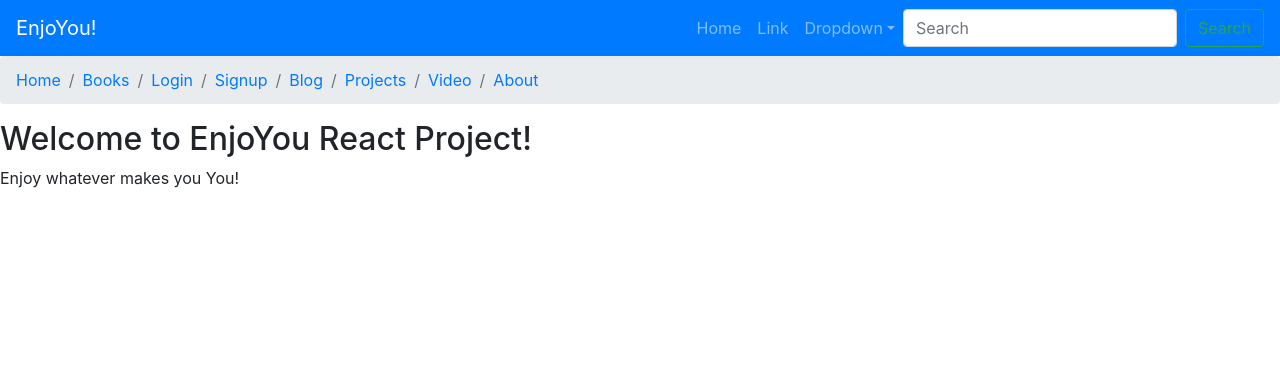
Repository: ebo-arcadia/enjoyou
Page: /
The author's editor kept a copy of each file at every save. The page is drawn from the files as they stood at one save, then again after the next save.
The browser window is 1280 px wide. The pictures show the whole page.
The project was rebuilt for these pictures with package versions that can differ from the ones it lists, and the page was loaded fresh each time. Also part of the build but not shown: src/components/BooksList.js, src/containers/Login.js, src/containers/signup.js, src/containers/blog.js, src/containers/Projects.js, src/containers/video.js, src/components/About.js.

Above is the page before, as saved 2021-04-20 16:58:28.

### public/index.html
<!DOCTYPE html>
<html lang="en">
  <head>
    <meta charset="utf-8" />
    <link rel="icon" href="%PUBLIC_URL%/favicon.ico" />
    <meta name="viewport" content="width=device-width, initial-scale=1" />
    <meta name="theme-color" content="#000000" />
    <meta
      name="description"
      content="Web site created using create-react-app"
    />
    <link rel="apple-touch-icon" href="%PUBLIC_URL%/logo192.png" />
    <!--
      manifest.json provides metadata used when your web app is installed on a
      user's mobile device or desktop. See https://developers.google.com/web/fundamentals/web-app-manifest/
    -->
    <link rel="manifest" href="%PUBLIC_URL%/manifest.json" />
    <link rel="stylesheet" href="https://cdn.jsdelivr.net/npm/bootstrap@4.6.0/dist/css/bootstrap.min.css" integrity="sha384-B0vP5xmATw1+K9KRQjQERJvTumQW0nPEzvF6L/Z6nronJ3oUOFUFpCjEUQouq2+l" crossorigin="anonymous" />

    <!--
      Notice the use of %PUBLIC_URL% in the tags above.
      It will be replaced with the URL of the `public` folder during the build.
      Only files inside the `public` folder can be referenced from the HTML.

      Unlike "/favicon.ico" or "favicon.ico", "%PUBLIC_URL%/favicon.ico" will
      work correctly both with client-side routing and a non-root public URL.
      Learn how to configure a non-root public URL by running `npm run build`.
    -->
    <title>React App</title>
  </head>
  <body>
    <noscript>You need to enable JavaScript to run this app.</noscript>
    <div id="root"></div>
    <!--
      This HTML file is a template.
      If you open it directly in the browser, you will see an empty page.

      You can add webfonts, meta tags, or analytics to this file.
      The build step will place the bundled scripts into the <body> tag.

      To begin the development, run `npm start` or `yarn start`.
      To create a production bundle, use `npm run build` or `yarn build`.
    -->
  </body>
</html>

### src/containers/App.js
import React from "react";
import 'bootstrap/dist/css/bootstrap.min.css';
import { BrowserRouter as Router, Switch, Route, Link } from "react-router-dom";
import Home from '../components/Home';
import BooksList from '../components/BooksList';
import Login from '../containers/Login';
import Signup from '../containers/Signup';
import Blog from '../containers/Blog';
import Projects from '../containers/Projects';
import Video from '../containers/Video';
import About from '../components/About'
import { Breadcrumb } from 'react-bootstrap';
import NavigationBar from '../components/NavigationBar';

export default function App() {
  return (
    <React.Fragment>
      <Router>
        <div>
          <NavigationBar />
          <nav>
            <Breadcrumb>
              <Breadcrumb.Item><Link to="/">Home</Link></Breadcrumb.Item>
              <Breadcrumb.Item><Link to="/books">Books</Link></Breadcrumb.Item>
              <Breadcrumb.Item><Link to="/login">Login</Link></Breadcrumb.Item>
              <Breadcrumb.Item><Link to="/signup">Signup</Link></Breadcrumb.Item>
              <Breadcrumb.Item><Link to="/blog">Blog</Link></Breadcrumb.Item>
              <Breadcrumb.Item><Link to="/projects">Projects</Link></Breadcrumb.Item>
              <Breadcrumb.Item><Link to="/video">Video</Link></Breadcrumb.Item>
              <Breadcrumb.Item><Link to="/about">About</Link></Breadcrumb.Item>
            </Breadcrumb>
          </nav>

          {/* A <Switch> looks through its children <Route>s and
              renders the first one that matches the current URL. */}
          <Switch>
            <Route path="/home"><Home /></Route>
            <Route path="/books"><BooksList /></Route>
            <Route path="/login"><Login /></Route>
            <Route path="/signup"><Signup /></Route>
            <Route path="/blog"><Blog /></Route>
            <Route path="/projects"><Projects /></Route>
            <Route path="/video"><Video /></Route>
            <Route path="/about"><About /></Route>
            <Route exact path="/"><Home /></Route>
          </Switch>
        </div>
      </Router>
    </React.Fragment>
  );
}

// function Home()        { return <h2>Home</h2> }
// function About()       { return <h2>About</h2> }
// function Users()       { return <h2>Users</h2> }
// function Books()       { return <h2>Books</h2> }
// function Bestseller()  { return <h2>Best Seller</h2> }
// function Notes()       { return <h2>Notes</h2> }

### src/components/Home.js
import React from 'react';

const Home = () => {
    return (
        <div>
            <h2>Welcome to EnjoYou React Project!</h2>
            <p>Enjoy whatever makes you You!</p>
        </div>
    );
}

export default Home;

### src/components/NavigationBar.js
import React from 'react';
import { Navbar, Nav, NavDropdown, Form, FormControl, Button } from 'react-bootstrap';

const NavigationBar = () => {
    return (
        <Navbar bg="primary" expand="lg" variant="dark">
        <Navbar.Brand href="#home">EnjoYou!</Navbar.Brand>
        <Navbar.Toggle aria-controls="basic-navbar-nav" />
        <Navbar.Collapse id="basic-navbar-nav">
          <Nav className="ml-auto">
            <Nav.Link href="#home">Home</Nav.Link>
            <Nav.Link href="#link">Link</Nav.Link>
            <NavDropdown title="Dropdown" id="basic-nav-dropdown">
              <NavDropdown.Item href="#action/3.1">Action</NavDropdown.Item>
              <NavDropdown.Item href="#action/3.2">Another action</NavDropdown.Item>
              <NavDropdown.Item href="#action/3.3">Something</NavDropdown.Item>
              <NavDropdown.Divider />
              <NavDropdown.Item href="#action/3.4">Separated link</NavDropdown.Item>
            </NavDropdown>
          </Nav>
          <Form inline>
            <FormControl type="text" placeholder="Search" className="mr-sm-2" />
            <Button variant="outline-success">Search</Button>
          </Form>
        </Navbar.Collapse>
      </Navbar>
    )
}

export default NavigationBar;

Loaded but not shown: src/index.js (common file); src/index.css (common file); src/reportWebVitals.js (common file)

After the next save:
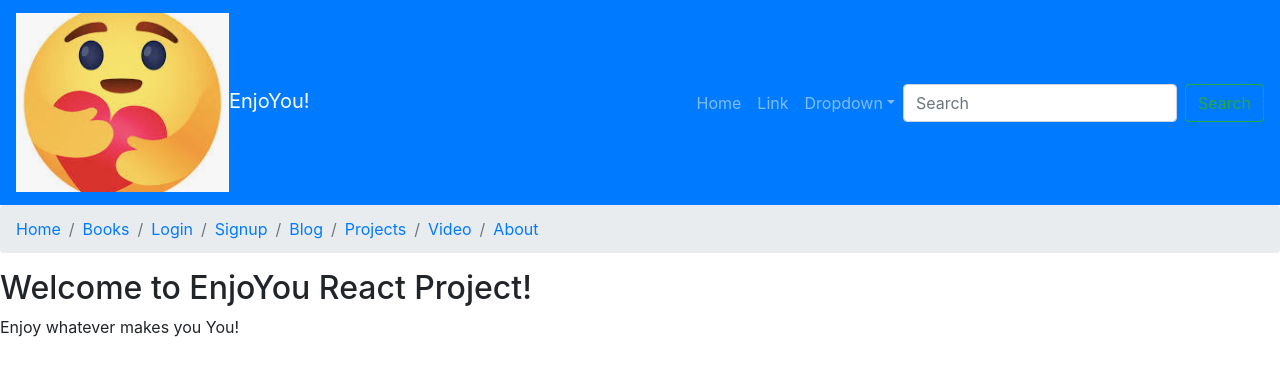
Saved 7 min 19 s later.
--- a/src/components/NavigationBar.js
+++ b/src/components/NavigationBar.js
@@ -1,10 +1,11 @@
 import React from 'react';
 import { Navbar, Nav, NavDropdown, Form, FormControl, Button } from 'react-bootstrap';
+import Logo from '../assets/logo.png';
 
 const NavigationBar = () => {
     return (
         <Navbar bg="primary" expand="lg" variant="dark">
-        <Navbar.Brand href="#home">EnjoYou!</Navbar.Brand>
+        <Navbar.Brand href="#home"><img src={Logo} alt="logo"/>EnjoYou!</Navbar.Brand>
         <Navbar.Toggle aria-controls="basic-navbar-nav" />
         <Navbar.Collapse id="basic-navbar-nav">
           <Nav className="ml-auto">
